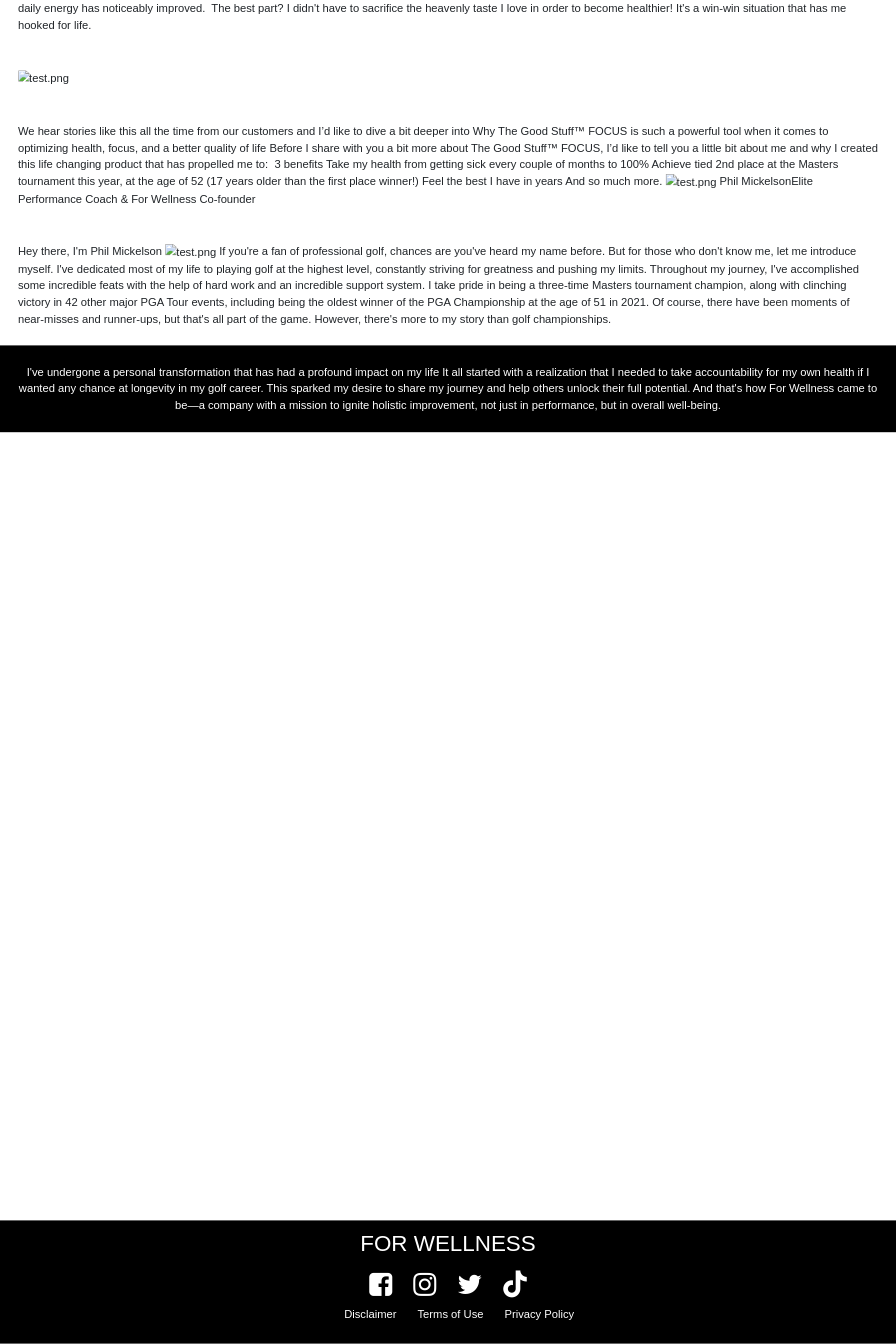
Repository: dariusprince90/wellness-landing
Page: index.html
The author's editor kept a copy of each file at every save. The page is drawn from the files as they stood at one save, then again after the next save.
The browser window is 1280 px wide. The pictures show the part of the page from y = 1178 to 3098 px (the page is 3098 px tall before and 3088 px after), at 70% of full size.

Above is the page before, as saved 2023-07-25 16:02:11.

After the next save:
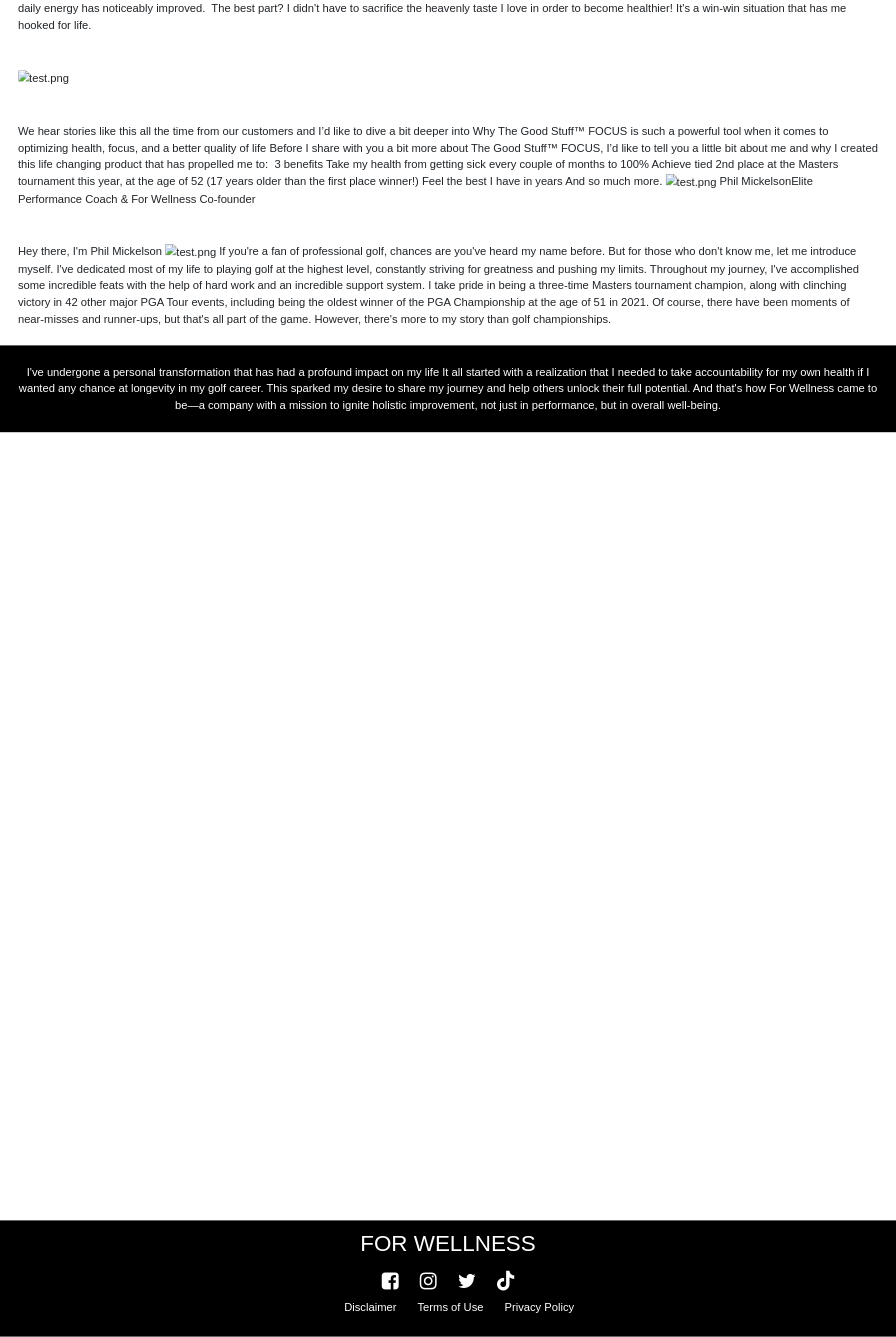
Saved 16 s later.
--- a/css/styles.css
+++ b/css/styles.css
@@ -31,7 +31,7 @@
 }
 
 .soclmd {
-    font-size: 3vw;
+    font-size: 2.2vw;
     padding: 1vw;
 
 }
